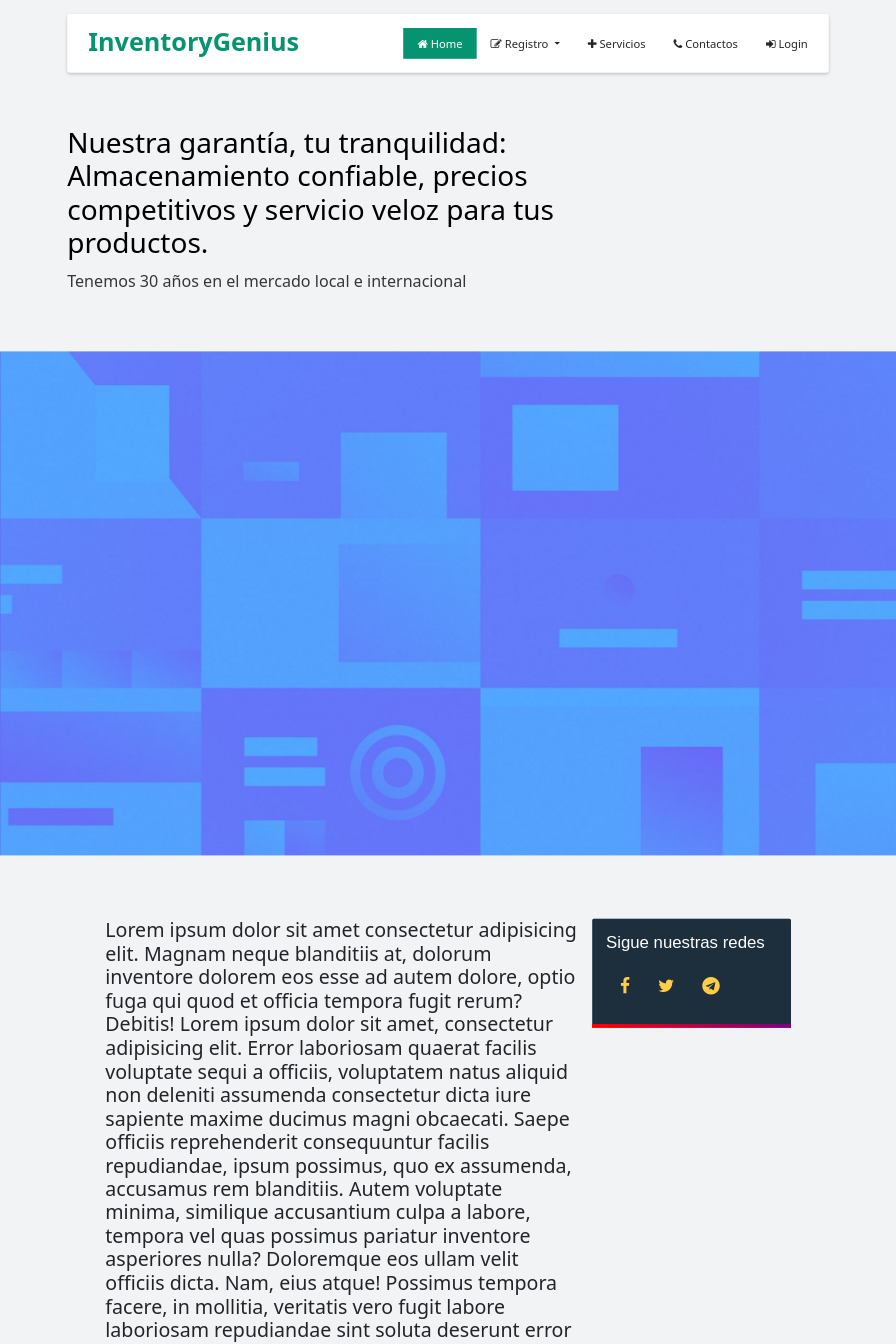
Repository: Sirius018/InventoryGenius
Page: http://localhost/Index
An editor plug-in stored every save of this project. The page is shown before and after the next save, followed by the edit.
The browser window is 1280 px wide. The pictures show the part of the page from y = 0 to 1920 px (the page is 4127 px tall), at 70% of full size.
The page is this project's Thymeleaf template; nobody is signed in. The template is opened directly, without the code that normally fills it, so the values that code supplies are empty.

Above is the page before, as saved 2023-06-07 00:42:37.

After the next save:
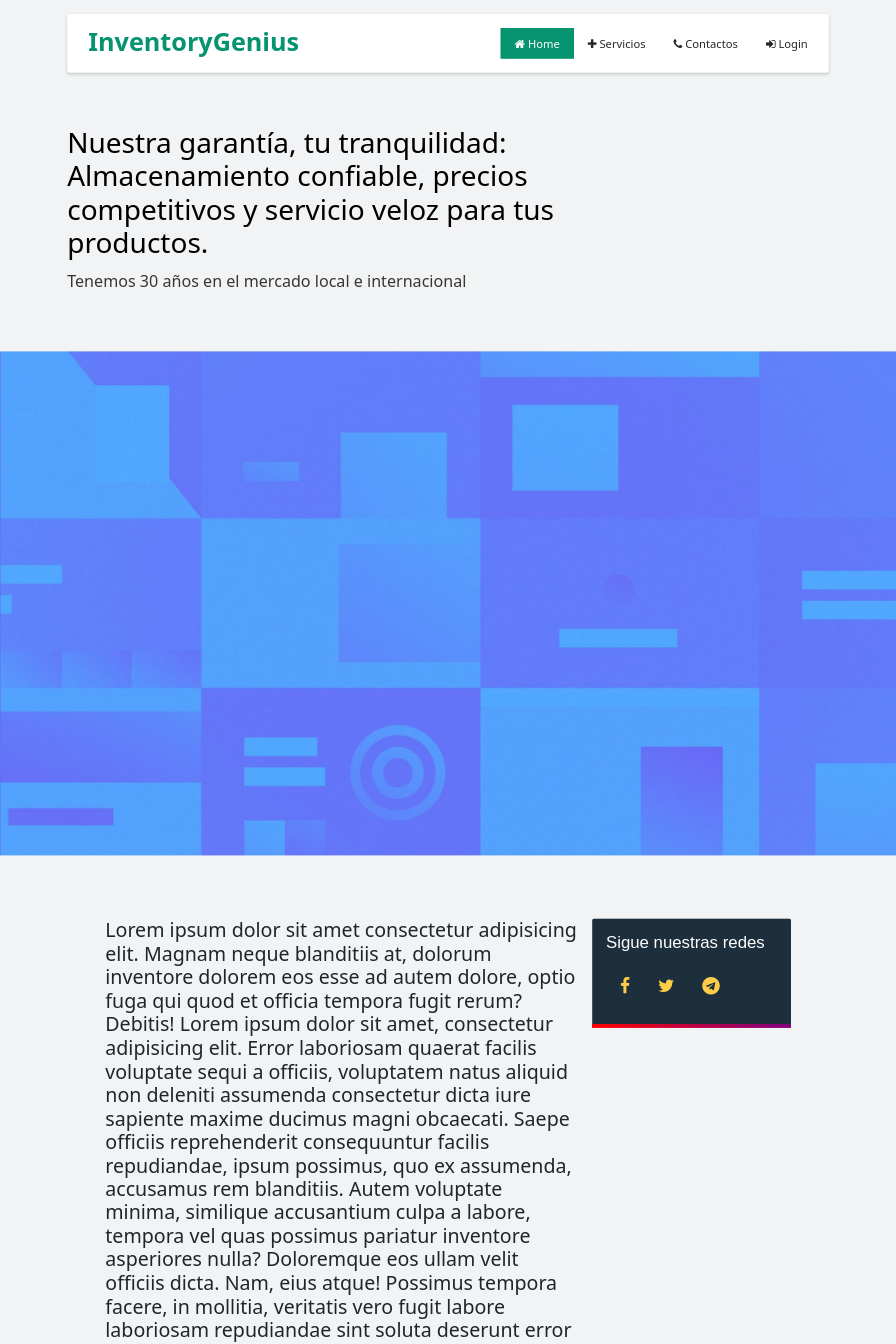
Saved 45 s later.
--- a/ADW/InventoryGenius/src/main/resources/templates/Index.html
+++ b/ADW/InventoryGenius/src/main/resources/templates/Index.html
@@ -289,18 +289,6 @@ footer{
             <nav>
                 <ul>
                     <li><a class="active" href="#"><i class="fa fa-home" aria-hidden="true"></i> Home</a></li>
-                    <li class="nav-item dropdown">
-                        <a class="dropdown-toggle" href="#" data-bs-toggle="dropdown" aria-expanded="false">
-                            <i class="fa fa-pencil-square-o" aria-hidden="true"></i>
-                            Registro
-                        </a>
-                        <ul class="dropdown-menu">
-                          <li><a class="dropdown-item" href="#">Proveedores</a></li>
-                          <li><a class="dropdown-item" href="#">productos</a></li>
-                          <li><a class="dropdown-item" href="#">Empresas</a></li>
-
-                        </ul>
-                      </li>
                     <li><a href="#"><i class="fa fa-plus" aria-hidden="true"></i> Servicios</a></li>
                     <li><a href="#"><i class="fa fa-phone" aria-hidden="true"></i> Contactos</a></li>
                     <li><a href=""><i class="fa fa-sign-in" aria-hidden="true"></i> Login</a></li>
